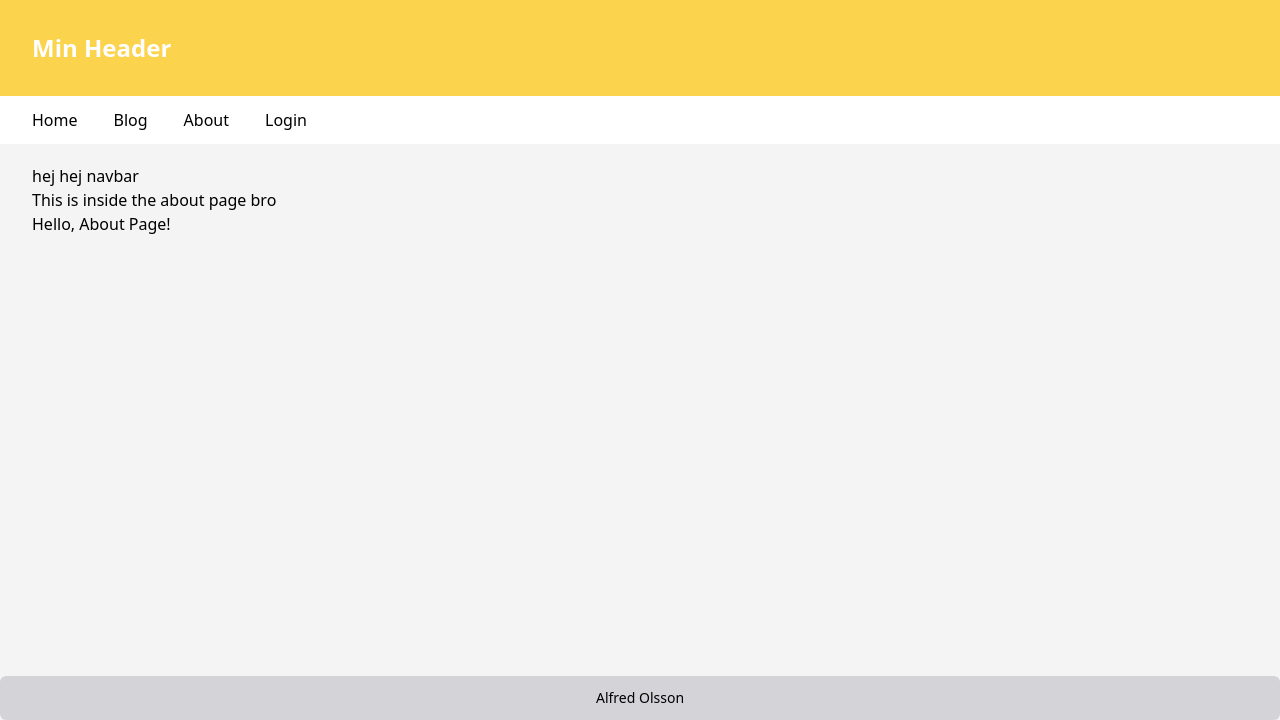
Repository: AlligatorAffe/NextWebsite
Page: /about
An editor plug-in stored every save of this project. The page is shown before and after a run of saves, followed by the edit.
The browser window is 1280 px wide. The pictures show the whole page.
The project was rebuilt for these pictures with package versions that can differ from the ones it lists, and the page was loaded fresh each time. The framework's server and built-in components were replaced by stand-ins that run in the browser. Also part of the build but not shown: next.config.js.

Above is the page before, as saved 2024-01-05 11:05:06.

### app/layout.tsx
import './globals.css'
import { Metadata } from 'next'
import Link from 'next/link'
import Footer from '../app/components/footer'
import { title } from 'process'




export const metadata: Metadata = {
  title: 'My webbpage',
  description: 'Welcome to Next.js',
}

/**
 *
 *
 *
 *
 *
 *

const inter = Inter({ subsets: ['latin'] })

export const metadata: Metadata = {
  title: 'Create Next App',
  description: 'Generated by create next app',
}

export default function RootLayout({
  children,
}: {
  children: React.ReactNode
}) {
  return (
    <html lang="en">
      <body>{children}</body>
    </html>
  )
}

 */

export default function RootLayout({
  // Layouts must accept a children prop.
  // This will be populated with nested layouts or pages
  children,

}: {
  children: React.ReactNode
}) {
  const navLinks = [
    { href: '/', label: 'Home' },
    { href: '/blogpost', label: 'Blog' },
    { href: '/about', label: 'About' },
    { href: '/auth/login', label: 'Login'}
  ];
  return (
    <html lang="en">
      <body className="flex flex-col min-h-screen bg-zinc-100 text-black">
        <div className="flex-grow">
          <header className="bg-amber-300 p-8">
            <h1 className="text-2xl font-bold text-white">Min Header</h1>
          </header>

          <nav className="bg-white p-3">
            <ul className="flex space-x-4">
              {navLinks.map((link, index) => (
                <li key={index}>
                  <div className="pl-5">
                    <Link href={link.href} >
                      {link.label}
                    </Link>
                  </div>
                </li>
              ))}
            </ul>
          </nav>
          <div className='pt-5 p-8'>
            {children}
          </div>

        </div>
          <Footer title="Alfred Olsson" />
      </body>
    </html>

  )
}

### app/template.tsx



export default function Template({ children }: { children: React.ReactNode }) {
    return <div>{children}</div>
  }

### app/(marketing)/about/layout.tsx

export default function AboutLayout({
    children, // will be a page or nested layout
  }: {
    children: React.ReactNode
  }) {
    return (
      <section>
        {/* Include shared UI here e.g. a header or sidebar */}
        <nav> hej hej navbar</nav>
        <h1>This is inside the about page bro</h1>

        {children}
      </section>
    )
  }

### app/(marketing)/about/page.tsx




export default function Page(){
    return <h1> Hello, About Page! </h1>
}

### app/components/footer.tsx


type Props = {
  title: string,
}

export default function Footer({title}: Props){
  return (
    <footer className="bg-zinc-300 rounded-md p-3">
      <h3 className="text-black text-center text-sm font-medium">{title}</h3>
    </footer>

  )
}

### app/components/header.tsx
import { title } from "process";


export default function Header(){
  return (
    <header className="bg-amber-300 p-8">
      <h1 className="text-2xl font-bold text-white">{title}</h1>
    </header>
  )

}

Loaded but not shown: app/globals.css (common file); tailwind.config.ts (common file)

After the next 4 saves:
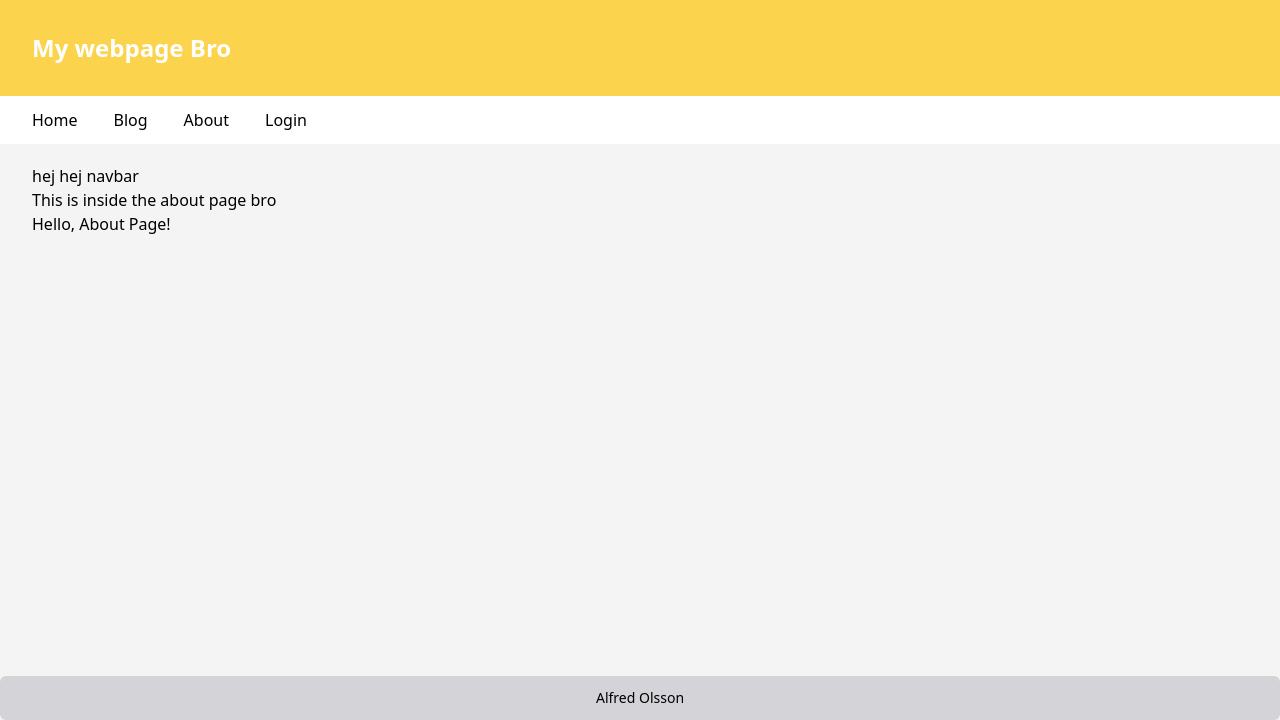
The 4 saves are shown as one change because 3 did not build or start.
The last was saved 2 min 15 s later.
--- a/app/layout.tsx
+++ b/app/layout.tsx
@@ -3,6 +3,7 @@ import { Metadata } from 'next'
 import Link from 'next/link'
 import Footer from '../app/components/footer'
 import { title } from 'process'
+import Header from '../app/components/header'
 
 
 
@@ -59,9 +60,7 @@ export default function RootLayout({
     <html lang="en">
       <body className="flex flex-col min-h-screen bg-zinc-100 text-black">
         <div className="flex-grow">
-          <header className="bg-amber-300 p-8">
-            <h1 className="text-2xl font-bold text-white">Min Header</h1>
-          </header>
+          <Header title="My webpage Bro"/>
 
           <nav className="bg-white p-3">
             <ul className="flex space-x-4">
--- a/app/components/header.tsx
+++ b/app/components/header.tsx
@@ -1,7 +1,12 @@
 import { title } from "process";
 
+type Props = {
+  title: string,
+}
 
-export default function Header(){
+
+
+export default function Header({title}: Props){
   return (
     <header className="bg-amber-300 p-8">
       <h1 className="text-2xl font-bold text-white">{title}</h1>
